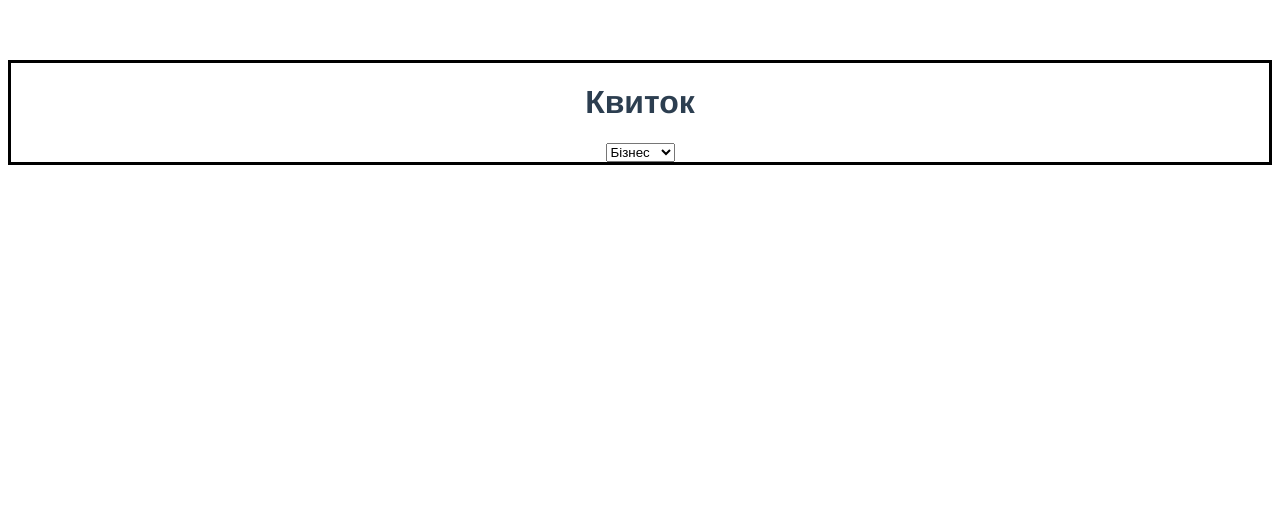
Repository: Salexandraa/HOME_Subotina
Page: / (app in plane-tickets/)
An editor plug-in stored every save of this project. The page is shown before and after the next save, followed by the edit.
The browser window is 1280 px wide. The pictures show the whole page.
The project was rebuilt for these pictures with package versions that can differ from the ones it lists, and the page was loaded fresh each time.

Above is the page before, as saved 2020-10-10 19:22:55.

### plane-tickets/src/App.vue
<template>
  <div id="app">
   <ticket/>
  </div>
</template>

<script>
import Ticket from './components/Ticket'

export default {
  name: 'App',
  components: {
    Ticket
  }
}
</script>

<style>
#app {
  font-family: Avenir, Helvetica, Arial, sans-serif;
  -webkit-font-smoothing: antialiased;
  -moz-osx-font-smoothing: grayscale;
  text-align: center;
  color: #2c3e50;
  margin-top: 60px;
}
</style>

### plane-tickets/src/components/Ticket/index.vue
<template>
    <div class="container">
        <div>
            <h1>Квиток</h1>
        </div>
<div>
    <select> Оберіть клас
        <option value="buisness">Бізнес</option>
        <option value="econom">Економ</option>
    </select>

</div>
    </div>
</template>

<script>
// Задача 2. З випадаючого списку вибираємо клас квитка у літаку. Якщо
// 1) бізнес -  виводимо елементи для вибору газети та коньяку
// (якщо вибрано коньяк, то запропонувати закуску (так/ні)),
// 2) економ – виводимо елементи для вибору типу пива і чипсів.

    export default {
        name:"Tickets",

    }
</script>

<style lang="css" scoped>
.container{
    border: black solid;
}

</style>

Loaded but not shown: plane-tickets/public/index.html (common file); plane-tickets/src/main.js (common file)

After the next save:
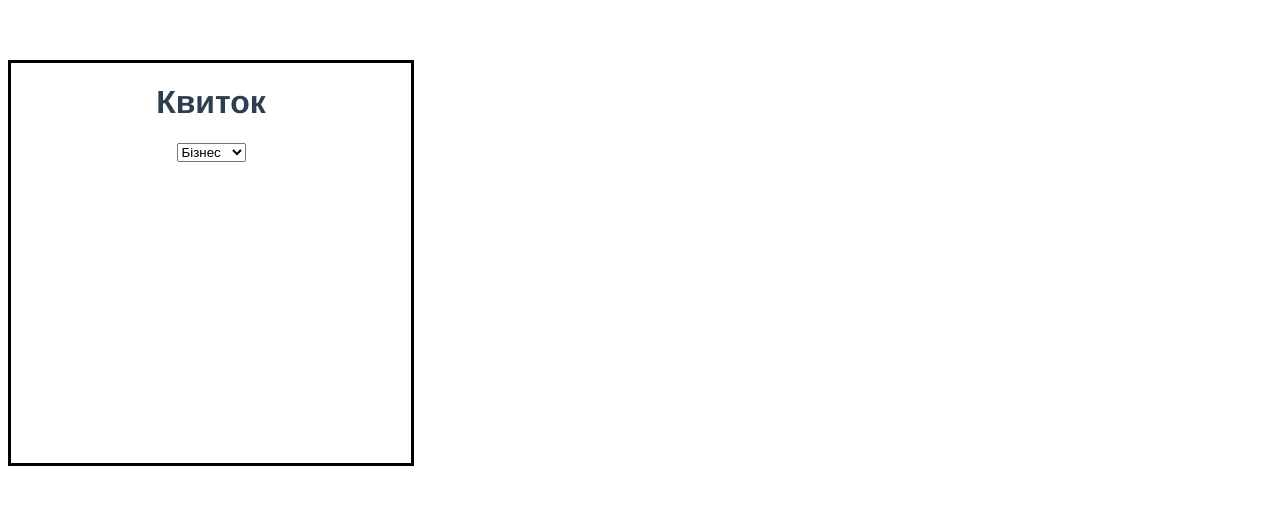
Saved 25 s later.
--- a/plane-tickets/src/components/Ticket/index.vue
+++ b/plane-tickets/src/components/Ticket/index.vue
@@ -28,6 +28,8 @@
 <style lang="css" scoped>
 .container{
     border: black solid;
+    width: 400px;
+    height: 400px;
 }
 
 </style>
